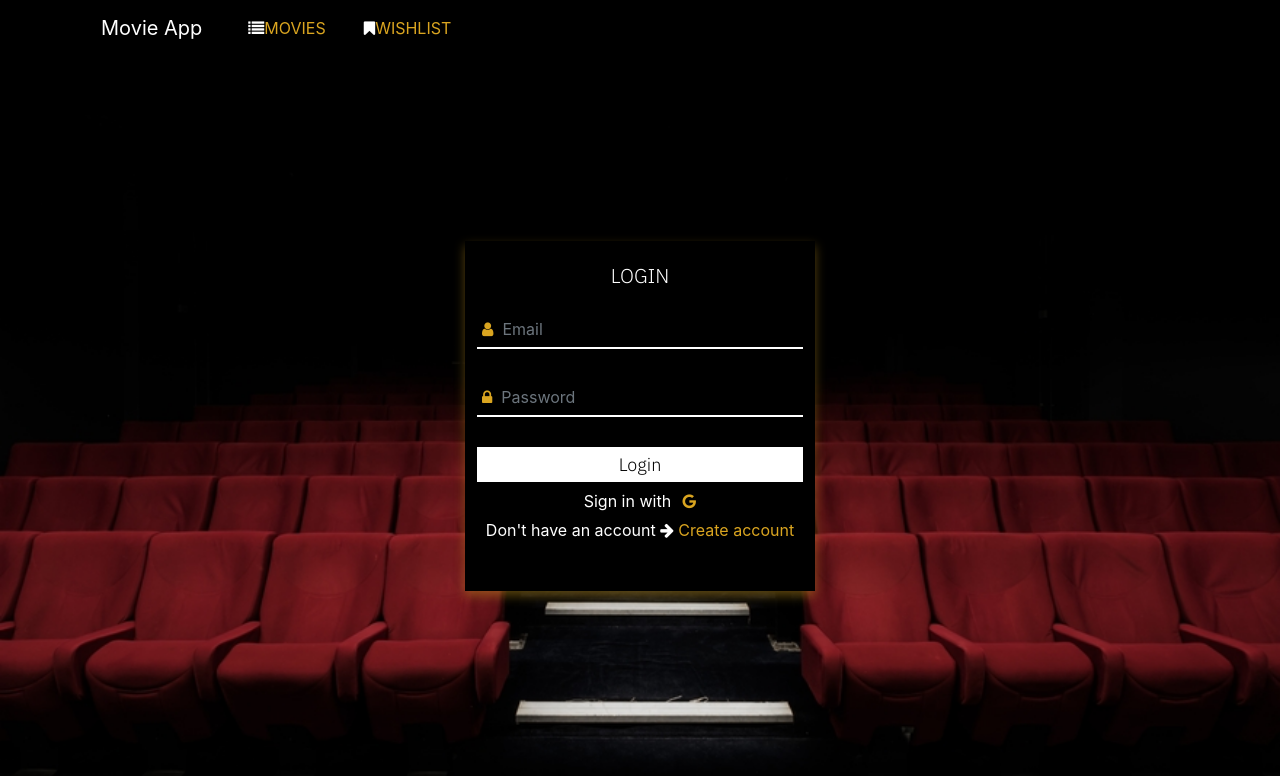
Repository: latenightsnacc/movie-db-app
Page: login.html
The author's editor kept a copy of each file at every save. The page is drawn from the files as they stood at one save, then again after the next save.
The browser window is 1280 px wide. The pictures show the whole page.
The style sheet was rebuilt from its Sass, Less or Tailwind sources for each picture, by a compiler version that may differ from the author's.

Above is the page before, as saved 2020-06-17 11:01:08.
Console error (its wording comes from the project's code and is left out).

After the next save:
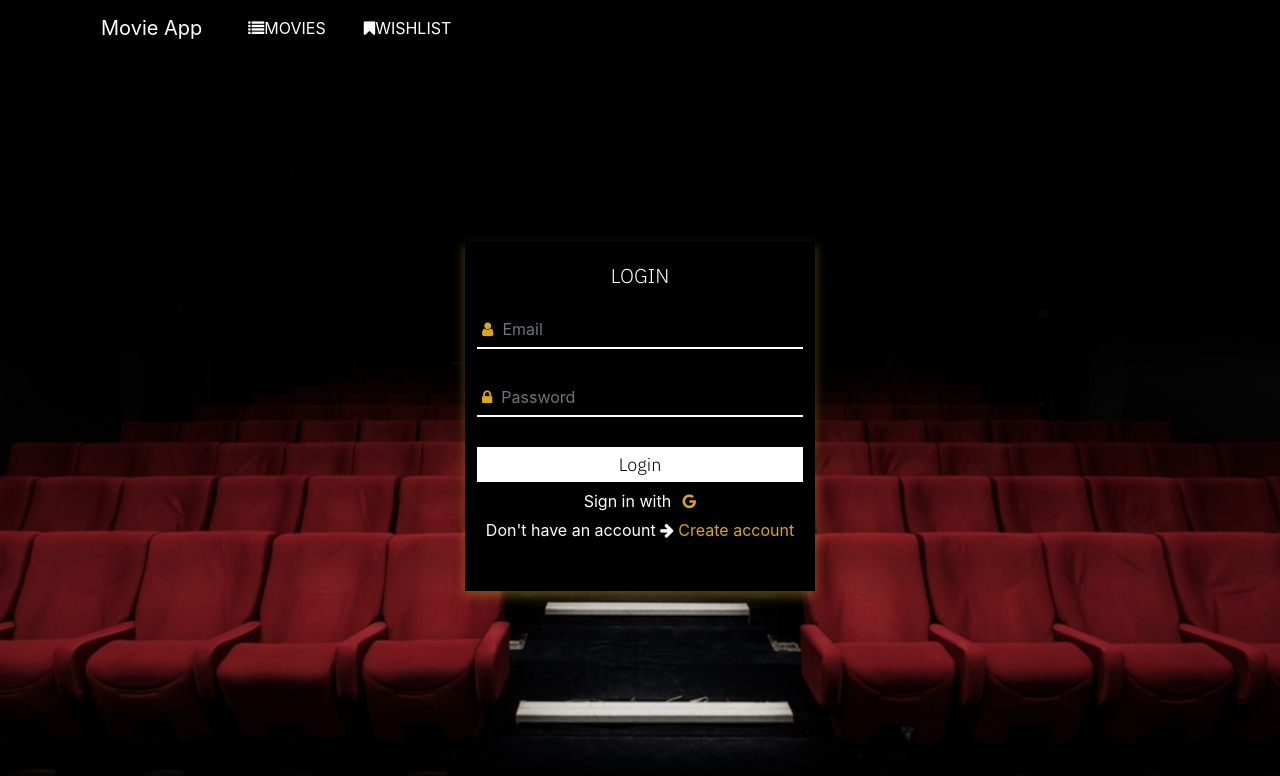
Saved 69 s later.
--- a/login.html
+++ b/login.html
@@ -26,13 +26,13 @@
                         <span>
                             <i class="fa fa-list"></i>
                         </span>
-                        Movies
+                        <span class="menu-text">Movies</span>
                     </a>
                     <a class="nav-item nav-link" href="#">
                         <span>
                             <i class="fa fa-bookmark"></i>
                         </span>
-                        Wishlist
+                        <span class="menu-text">Wishlist </span>
                     </a>
                 </div>
             </nav>
